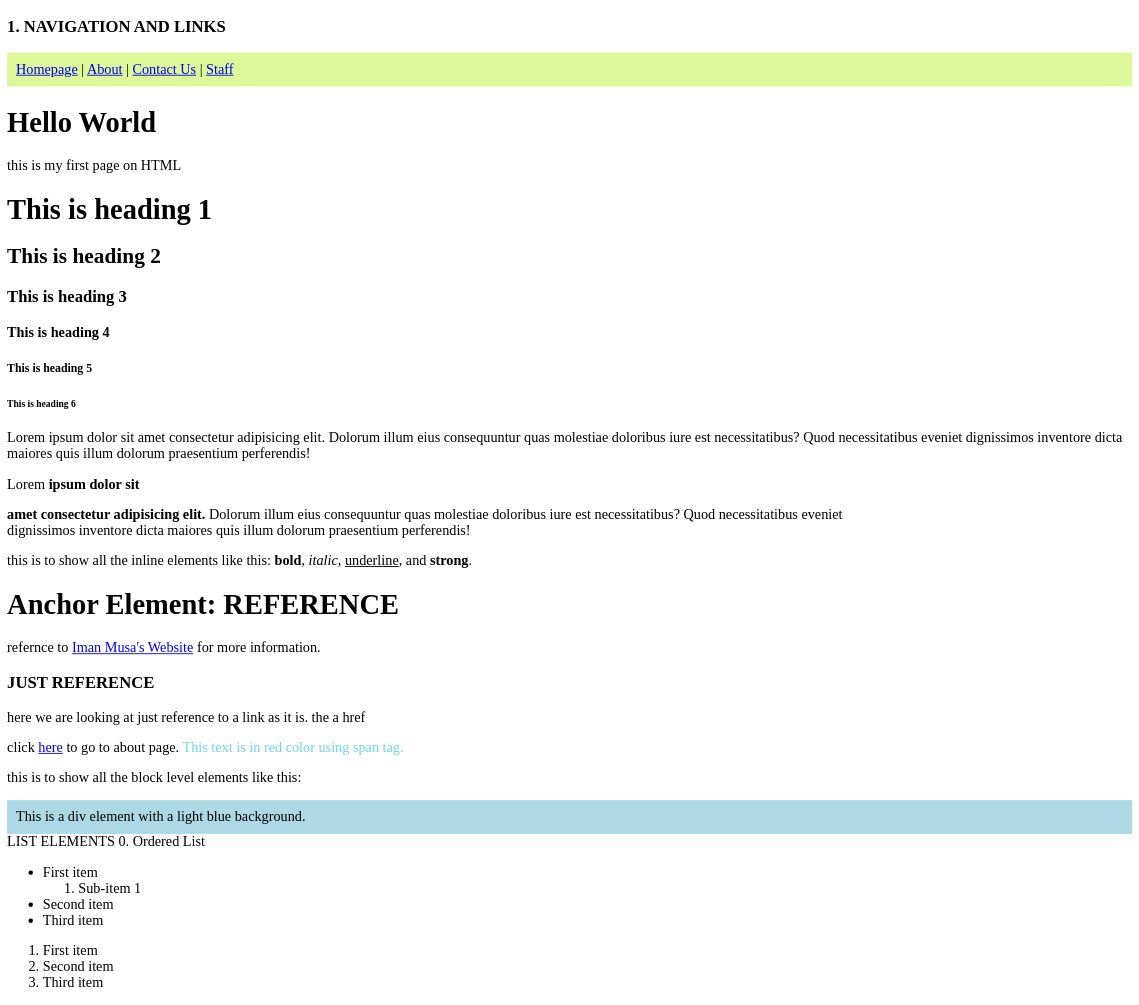
Repository: ficotims/HTML-RESTART
Page: Homepage.html
These files come from the project's save history. The page is drawn as it stood at one moment and after the next save; the edit follows.
The browser window is 1280 px wide. The pictures show the whole page, at 89% of full size.

Above is the page before, as saved 2026-01-30 23:58:41.

### Homepage.html
<!doctype html>
<html lang="en">
  <head>
    <meta charset="UTF-8" />
    <meta name="viewport" content="width=device-width, initial-scale=1.0" />
    <title>HTML Crash course with Iman Musa</title>
  </head>
  <body>
    <h3>1. NAVIGATION AND LINKS</h3>
    <!-- NAVIGATION SECTION -->
     <div style="background-color: rgb(220, 248, 153); padding: 10px">
    <a href="Homepage.html" target="_top">Homepage</a> |
    <a href="about.html">About</a> | <a href="Contact us.html">Contact Us</a> |
    <a href="staff.html">Staff</a>
     </div>

    <h1>Hello World</h1>
    <p>this is my first page on HTML</p>
    <!-- this is a comment and will not appear on the screen/ page -->
    <!-- let us introduce the headings -->
    <h1>This is heading 1</h1>
    <h2>This is heading 2</h2>
    <h3>This is heading 3</h3>
    <h4>This is heading 4</h4>
    <h5>This is heading 5</h5>
    <h6>This is heading 6</h6>

    <!-- thi is for paragraphs now -->
    <p>
      Lorem ipsum dolor sit amet consectetur adipisicing elit. Dolorum illum
      eius consequuntur quas molestiae doloribus iure est necessitatibus? Quod
      necessitatibus eveniet dignissimos inventore dicta maiores quis illum
      dolorum praesentium perferendis!
    </p>

    <p>
      Lorem <b>ipsum dolor sit <div>amet consectetur adipisicing elit.</b> Dolorum
      illum eius consequuntur quas molestiae doloribus iure est necessitatibus?
      Quod necessitatibus eveniet </div>dignissimos inventore dicta maiores quis illum
      dolorum praesentium perferendis!
    </p>


    <!-- this is for inline leve elements -->

    <p>
      this is to show all the inline elements like this: <b>bold</b>,
      <i>italic</i>, <u>underline</u>, and <strong>strong</strong>.
      <br />

      <!-- using the other inline elements: Anchor Elements (which are just links) -->
    </p>
    <h1>Anchor Element: REFERENCE</h1>
    refernce to
    <a href="https://www.google.com" target="_blank">Iman Musa's Website</a> for
    more information.
    <h3>JUST REFERENCE</h3>
    <p>here we are looking at just reference to a link as it is. the a href</p>
    click <a href="about.html" target="_blank">here</a> to go to about page.

    <!-- SPAN ELEMENT -->
    <span style="color: rgba(31, 190, 211, 0.63)">This text is in red color using span tag.</span>
    <p>
      <!-- now let us introduce the block level elements -->
      this is to show all the block level elements like this:
    </p>

    <div style="background-color: lightblue; padding: 10px">
      This is a div element with a light blue background.
    </div>

    <!-- this is LIST -->
<hi2>LIST ELEMENTS</h2>

    0. Ordered List

    <ul>
      <li>First item</li>
      <ol><li>Sub-item 1</li></ol>
      <li>Second item</li>
      <li>Third item</li>
    </ul>

    <ol>
      <li>First item</li>
      <li>Second item</li>
      <li>Third item</li>
    </ol>
  </body>
</html>

After the next save:
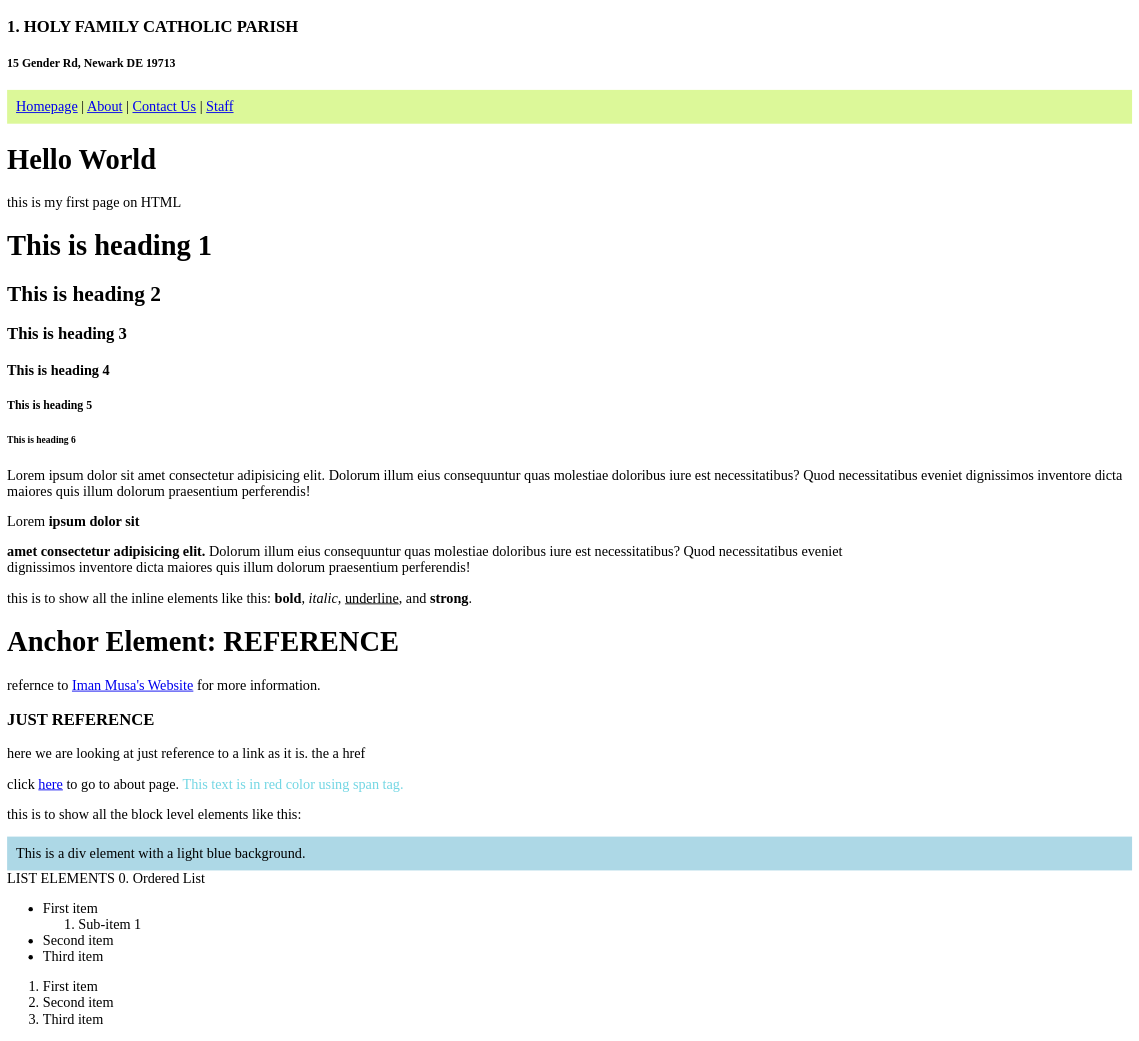
Saved 2 days later.
--- a/Homepage.html
+++ b/Homepage.html
@@ -6,7 +6,8 @@
     <title>HTML Crash course with Iman Musa</title>
   </head>
   <body>
-    <h3>1. NAVIGATION AND LINKS</h3>
+    <h3>1. HOLY FAMILY CATHOLIC PARISH</h3>
+    <H5>15 Gender Rd, Newark DE 19713</H5>
     <!-- NAVIGATION SECTION -->
      <div style="background-color: rgb(220, 248, 153); padding: 10px">
     <a href="Homepage.html" target="_top">Homepage</a> |
